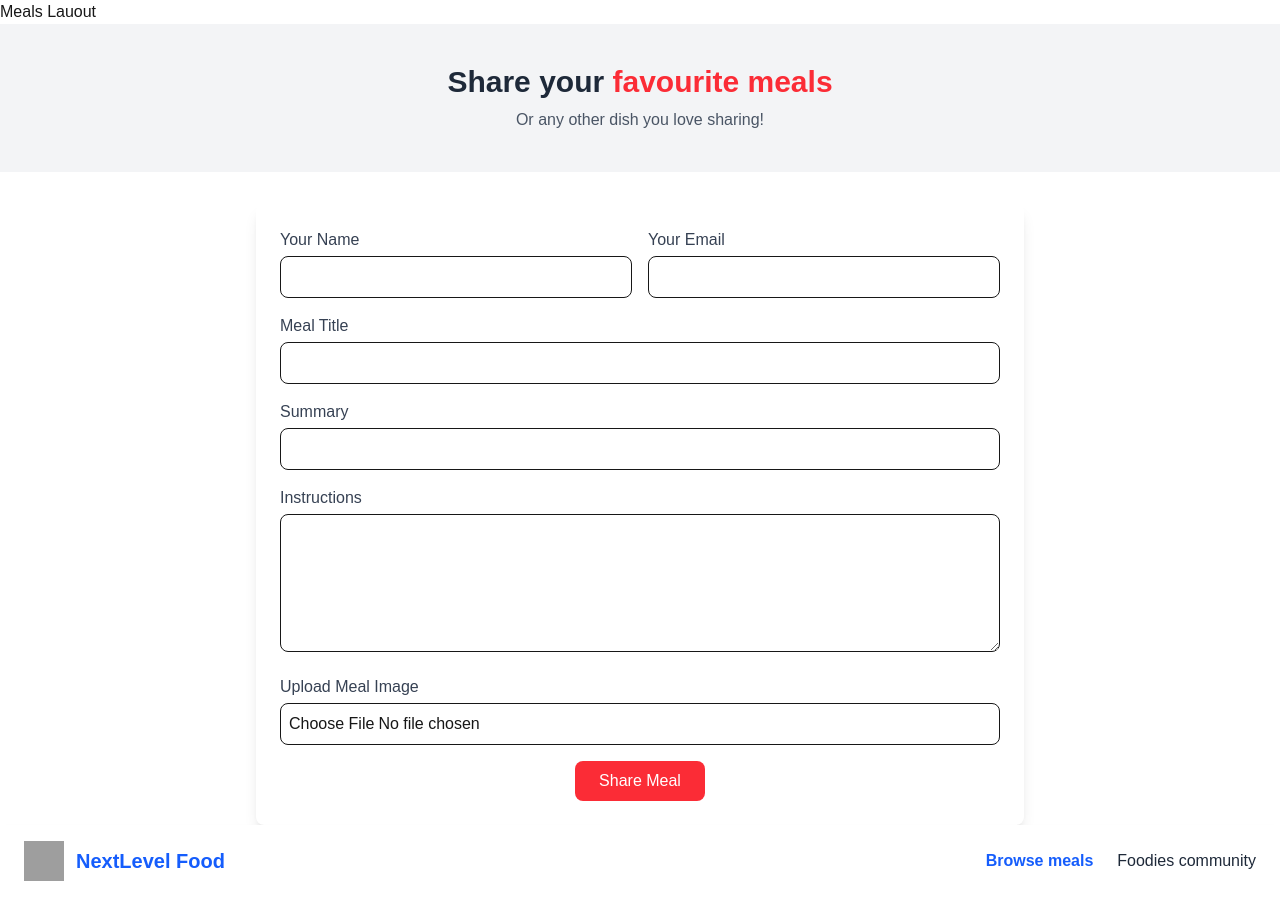
Repository: ananya2420/my-next-app
Page: /meals/share
An editor plug-in stored every save of this project. The page is shown before and after a run of saves, followed by the edit.
The browser window is 1280 px wide. The pictures show the whole page.
Pictures or frames that could not be fetched are drawn as grey boxes. The project was rebuilt for these pictures with package versions that can differ from the ones it lists, and the page was loaded fresh each time. The framework's server and built-in components were replaced by stand-ins that run in the browser. Also part of the build but not shown: next.config.mjs.

Above is the page before, as saved 2025-03-29 14:04:54.

### src/app/layout.js
//import { Geist, Geist_Mono } from "next/font/google";
import MainHeader from "../../components/main-header";

import "./globals.css";

/*
const geistSans = Geist({
  variable: "--font-geist-sans",
  subsets: ["latin"],
});

const geistMono = Geist_Mono({
  variable: "--font-geist-mono",
  subsets: ["latin"],
});
*/

export const metadata = {
  title: "Create Next App",
  description: "Generated by create next app",
};

export default function RootLayout({ children }) {
  return (
    <html lang="en">
    {/*  <body
       className={`${geistSans.variable} ${geistMono.variable} antialiased`}
      > */}
      <body>
        {children}
        <MainHeader />

      </body>
    </html>
  );
}

### src/app/meals/layout.js
export default function MealsLayout({children}){
    return <>
    <p>Meals Lauout</p>
    {children}

    </>
}

### src/app/meals/share/page.js
export default function ShareMealPage() {
    return (
      <>
        <header className="bg-gray-100 py-10 text-center">
          <h1 className="text-3xl font-bold text-gray-800">
            Share your <span className="text-red-500">favourite meals</span>
          </h1>
          <p className="text-gray-600 mt-2">Or any other dish you love sharing!</p>
        </header>

        <main className="max-w-3xl mx-auto p-6 bg-white shadow-lg rounded-lg mt-8">
          <form className="space-y-4">
            <div className="grid grid-cols-1 md:grid-cols-2 gap-4">
              {/* Name */}
              <div>
                <label htmlFor="name" className="block text-gray-700 font-medium">
                  Your Name
                </label>
                <input
                  type="text"
                  id="name"
                  name="name"
                  required
                  className="w-full mt-1 p-2 border rounded-lg focus:ring-2 focus:ring-red-400 focus:outline-none"
                />
              </div>

              {/* Email */}
              <div>
                <label htmlFor="email" className="block text-gray-700 font-medium">
                  Your Email
                </label>
                <input
                  type="email"
                  id="email"
                  name="email"
                  required
                  className="w-full mt-1 p-2 border rounded-lg focus:ring-2 focus:ring-red-400 focus:outline-none"
                />
              </div>
            </div>

            {/* Title */}
            <div>
              <label htmlFor="title" className="block text-gray-700 font-medium">
                Meal Title
              </label>
              <input
                type="text"
                id="title"
                name="title"
                required
                className="w-full mt-1 p-2 border rounded-lg focus:ring-2 focus:ring-red-400 focus:outline-none"
              />
            </div>

            {/* Summary */}
            <div>
              <label htmlFor="summary" className="block text-gray-700 font-medium">
                Summary
              </label>
              <input
                type="text"
                id="summary"
                name="summary"
                required
                className="w-full mt-1 p-2 border rounded-lg focus:ring-2 focus:ring-red-400 focus:outline-none"
              />
            </div>

            {/* Instructions */}
            <div>
              <label htmlFor="instructions" className="block text-gray-700 font-medium">
                Instructions
              </label>
              <textarea
                id="instructions"
                name="instructions"
                rows="5"
                required
                className="w-full mt-1 p-2 border rounded-lg focus:ring-2 focus:ring-red-400 focus:outline-none"
              ></textarea>
            </div>

            {/* Image Picker */}
            <div>
              <label htmlFor="image" className="block text-gray-700 font-medium">
                Upload Meal Image
              </label>
              <input
                type="file"
                id="image"
                name="image"
                accept="image/*"
                className="w-full mt-1 p-2 border rounded-lg"
              />
            </div>

            {/* Submit Button */}
            <div className="text-center">

              <button
                type="submit"
                className="bg-red-500 text-white px-6 py-2 rounded-lg hover:bg-red-600 transition duration-200"
              >
                Share Meal
              </button>
            </div>
          </form>
        </main>
      </>
    );
  }

### components/main-header.js


import Link from "next/link";
import logoImg from './assets/icon/logo.png'
import NavLink from "./nav-link";
//import { usePathname } from "next/navigation";

export default function MainHeader() {
  //const path = usePathname();

  return (
    <header className="flex items-center justify-between bg-white shadow-md px-6 py-4">
      {/* Logo and Branding */}
      <Link href="/" className="flex items-center space-x-3 text-xl font-bold text-gray-800">
        <img src={logoImg} alt="A plate with food on it" className="w-10 h-10" />
        <span className="text-blue-600">NextLevel Food</span>
      </Link>

      {/* Navigation */}
      <nav>
        <ul className="flex space-x-6">
          <li>
           <NavLink href="/meals">Browse meals</NavLink>
          </li>
          <li>
            <NavLink href="/community">Foodies community</NavLink>
          </li>
        </ul>
      </nav>
    </header>
  );
}

### src/app/globals.css
@import "tailwindcss";

/* styles/globals.css */
@tailwind base;
@tailwind components;
@tailwind utilities;



:root {
  --background: #ffffff;
  --foreground: #171717;
}

@theme inline {
  --color-background: var(--background);
  --color-foreground: var(--foreground);
  --font-sans: var(--font-geist-sans);
  --font-mono: var(--font-geist-mono);
}

@media (prefers-color-scheme: dark) {
  :root {
    --background: #0a0a0a;
    --foreground: #ededed;
  }
}
*{
  box-sizing: border-box;
}
html{
  font-family: 'Open sans',sans-serif;
  height:100%;
}
body {
  height: 100%;
  margin: 0;
  color:#ddd8e4;
  background: var(--background);
  color: var(--foreground);
  font-family: Arial, Helvetica, sans-serif;
}

### components/nav-link.js
"use client";

import Link from "next/link";
import { usePathname } from "next/navigation";

export default function NavLink({href,children}){

  const path =   usePathname();
    return  <Link href={href} className={`${path.startsWith(href) ? 'text-blue-600 font-bold' : 'text-gray-800'}`}>
   {children}
  </Link>
}

### src/app/meals/image-picker.js

export default function ImagePicker({label,name}){
    return (
        <div>
            <label htmlFor={name}>{label}</label>

            <div>
                <input type='file' id={name} accept="image/png, image/jpeg" name={name}/>
            </div>
        </div>
    )
}

After the next 4 saves:
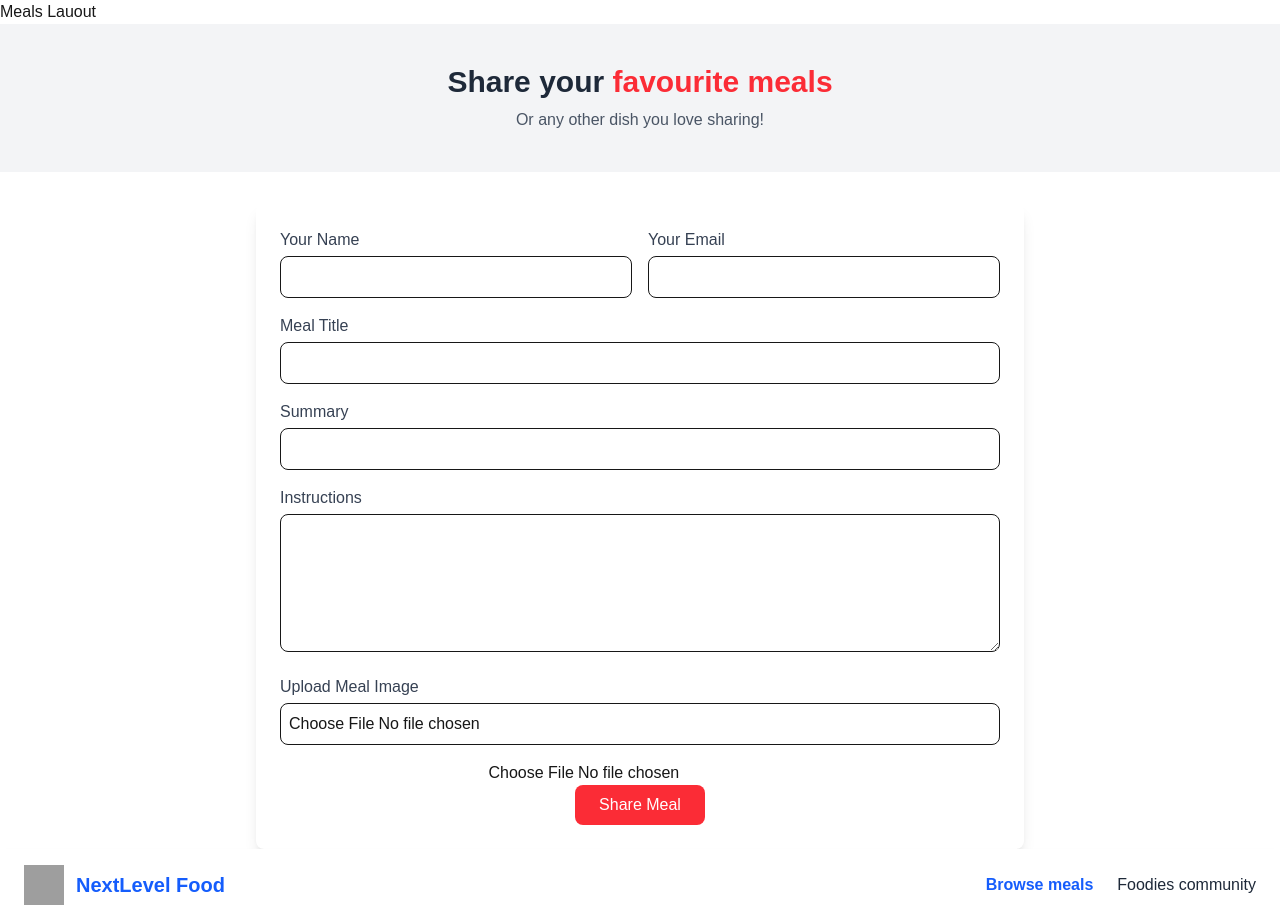
The 4 saves are shown as one change because 2 did not build or start and some came seconds apart.
The last was saved 16 s later.
--- a/src/app/meals/share/page.js
+++ b/src/app/meals/share/page.js
@@ -1,3 +1,5 @@
+import ImagePicker from "../image-picker";
+
 export default function ShareMealPage() {
     return (
       <>
@@ -98,7 +100,7 @@ export default function ShareMealPage() {
 
             {/* Submit Button */}
             <div className="text-center">
-
+                <ImagePicker />
               <button
                 type="submit"
                 className="bg-red-500 text-white px-6 py-2 rounded-lg hover:bg-red-600 transition duration-200"
